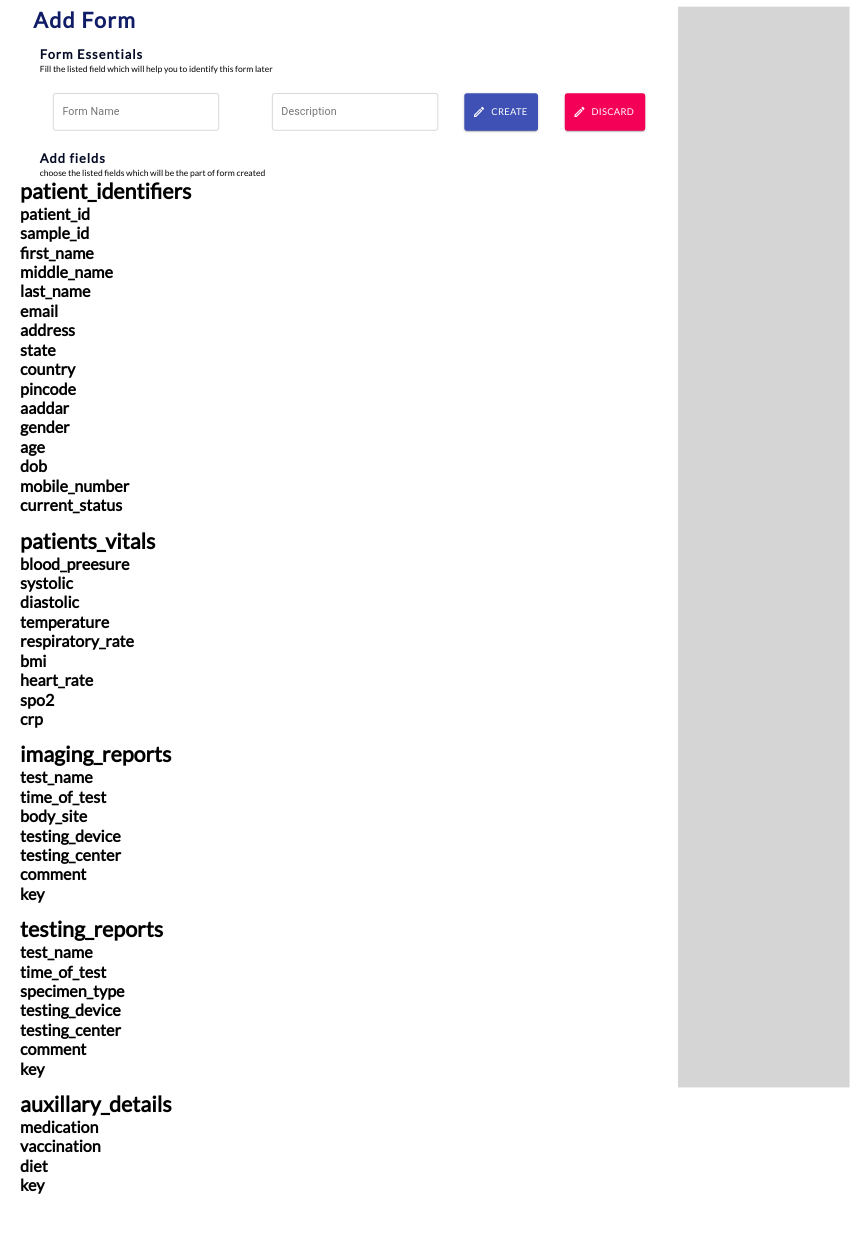
Repository: Architjain128/df
Page: /add
These files come from the project's save history. The page is drawn as it stood at one moment and after a run of saves; the edit follows.
The browser window is 1280 px wide. The pictures show the whole page, at 67% of full size.
The project was rebuilt for these pictures with package versions that can differ from the ones it lists, and the page was loaded fresh each time. Also part of the build but not shown: src/App.css, src/dftable.js, src/dataForm.js.

Above is the page before, as saved 2021-06-25 17:35:04.

After the next 6 saves:
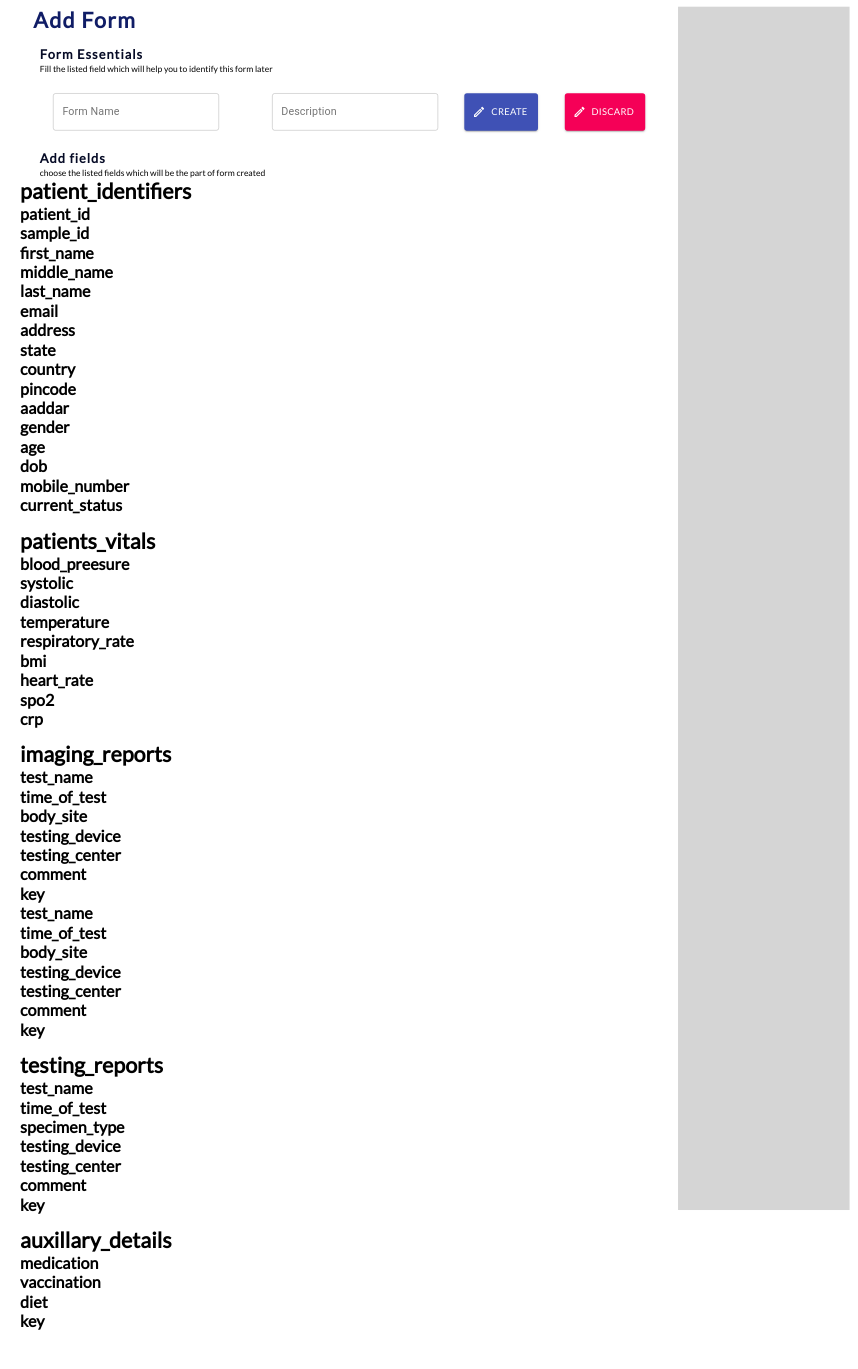
The 6 saves are shown as one change because they came seconds apart.
The last was saved 15 s later.
--- a/src/addDataForm.js
+++ b/src/addDataForm.js
@@ -35,15 +35,14 @@
             console.log(datas[data]["parameters"])
             finalrow.push(<h1>{data}</h1>)
             if(data==="imaging_reports"){
-
+                finalrow.push(this.listit(datas[data]["parameters"],0))
             }
             if(data==="testing_reports"){
-
+                finalrow.push(this.listit(datas[data]["parameters"],0))
             }
             else{
-
+                finalrow.push(this.listit(datas[data]["parameters"],0))
             }
-            finalrow.push(this.listit(datas[data]["parameters"],0))
             finalrow.push(<br/>)
         }
         this.setState({tree:finalrow})

After the save that followed:
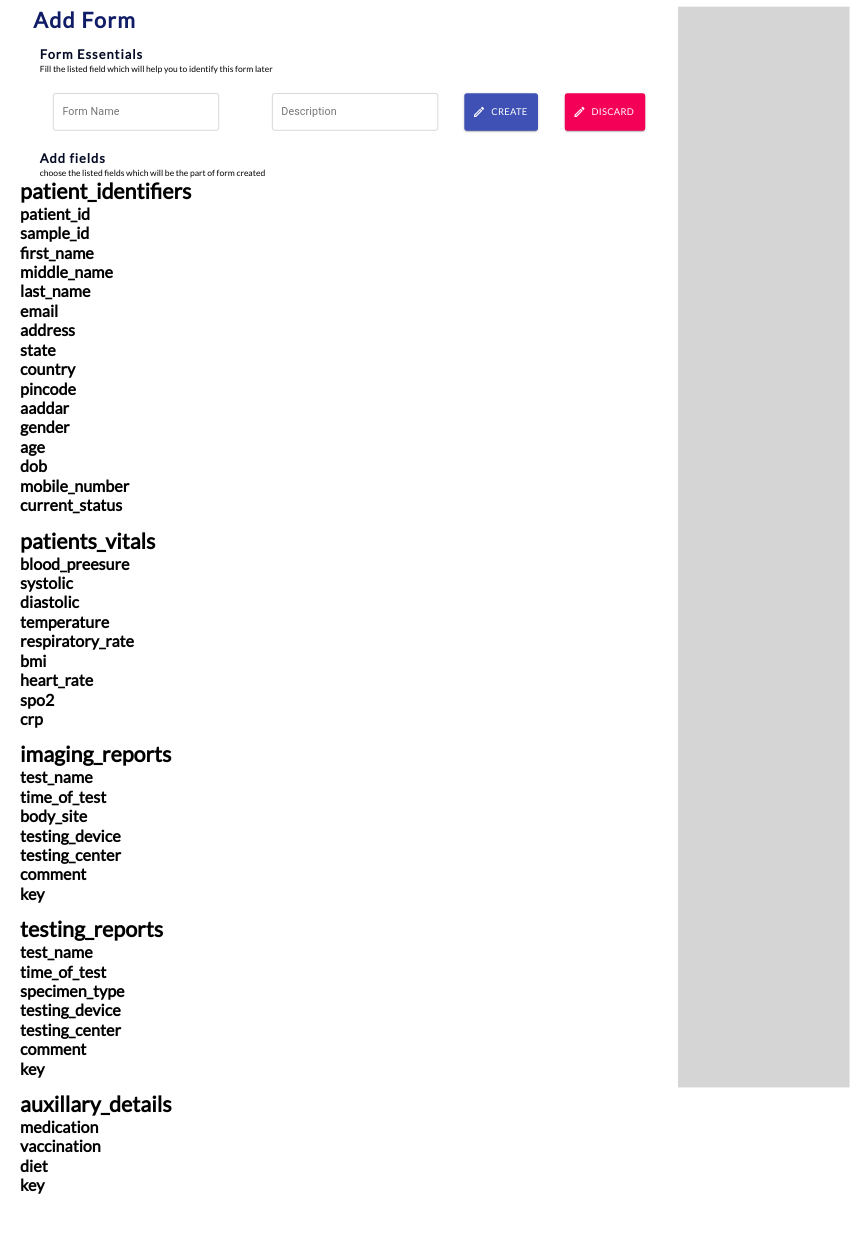
Saved 11 s later.
--- a/src/addDataForm.js
+++ b/src/addDataForm.js
@@ -35,7 +35,7 @@
             console.log(datas[data]["parameters"])
             finalrow.push(<h1>{data}</h1>)
             if(data==="imaging_reports"){
-                finalrow.push(this.listit(datas[data]["parameters"],0))
+                finalrow.push(this.listit(datas[data]["parameters"]["test"],0))
             }
             if(data==="testing_reports"){
                 finalrow.push(this.listit(datas[data]["parameters"],0))
